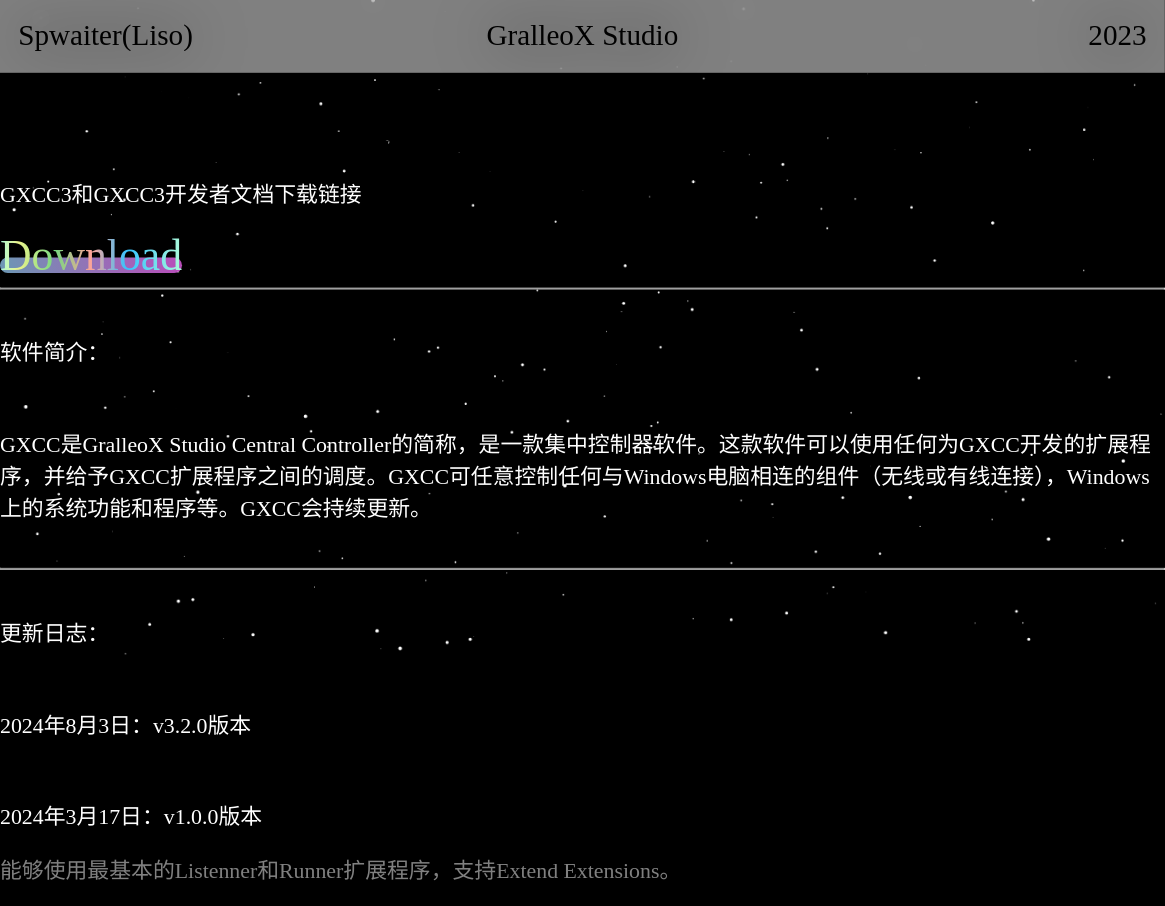
Repository: Lisu-Liso/page
Page: GXCC/index.html
An editor plug-in stored every save of this project. The page is shown before and after a run of saves, followed by the edit.
The browser window is 1280 px wide. The pictures show the whole page, at 91% of full size.

Above is the page before, as saved 2024-08-04 08:52:51.

After the next 3 saves:
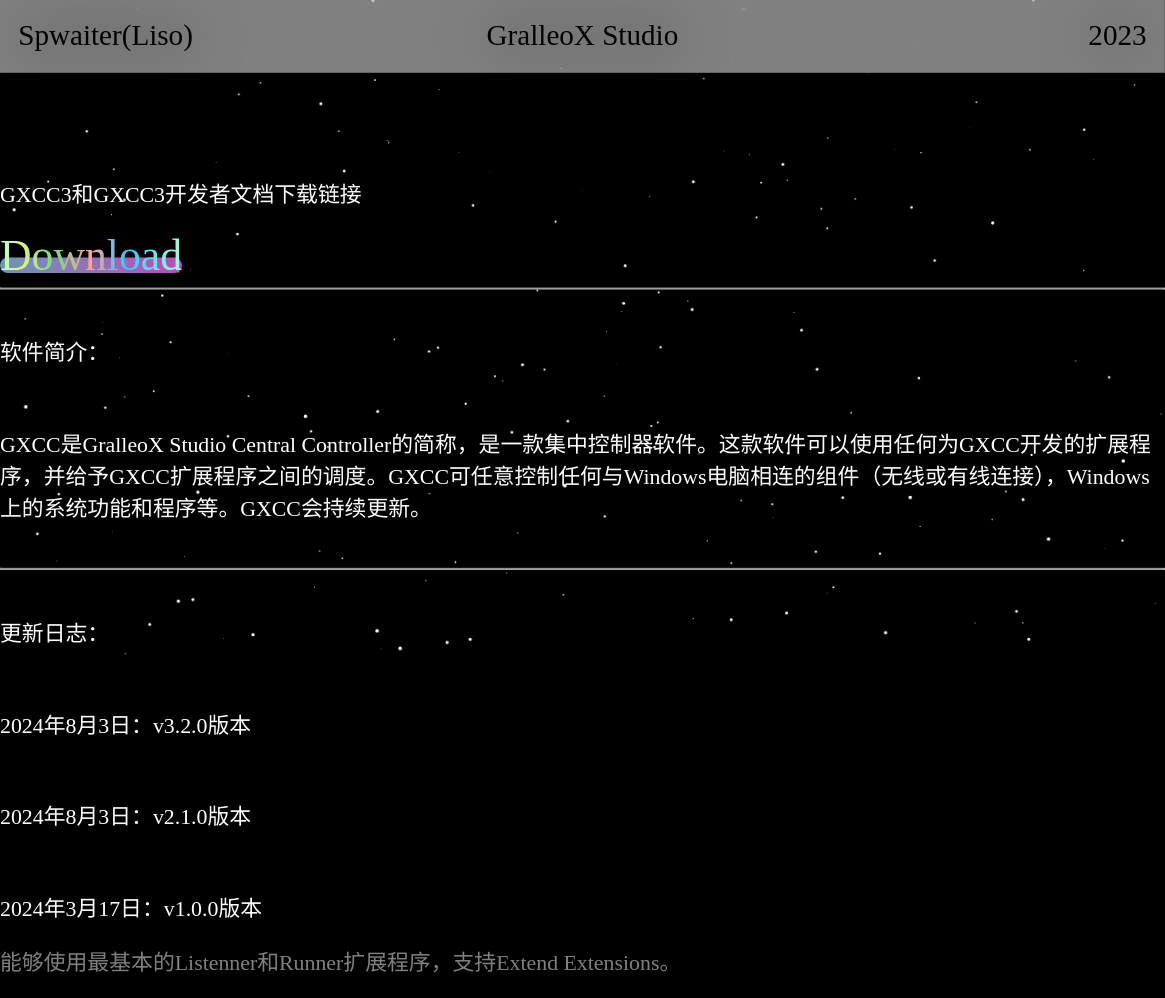
The 3 saves are shown as one change because they came seconds apart.
The last was saved 12 s later.
--- a/GXCC/index.html
+++ b/GXCC/index.html
@@ -303,6 +303,9 @@
         <p class="normaltext">2024年8月3日：v3.2.0版本</p>
         <p class="normaltext" style="color: grey;"></p>
         <br>
+        <p class="normaltext">2024年8月3日：v2.1.0版本</p>
+        <p class="normaltext" style="color: grey;"></p>
+        <br>
         <p class="normaltext">2024年3月17日：v1.0.0版本</p>
         <p class="normaltext" style="color: grey;">能够使用最基本的Listenner和Runner扩展程序，支持Extend Extensions。</p>
         <div class="headerblock">
